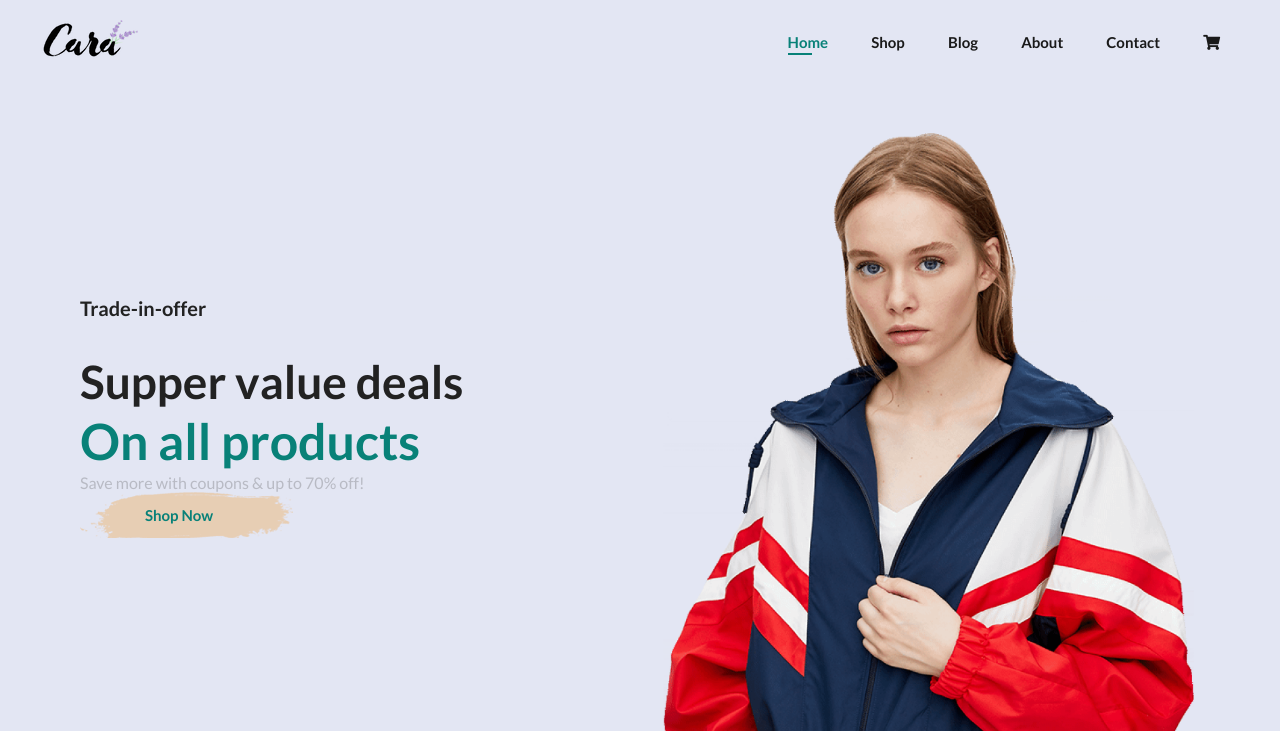
Repository: Nguyenductuan-dev/Website-Clothes
Page: index.html
The author's editor kept a copy of each file at every save. The page is drawn from the files as they stood at one save, then again after the next save.
The browser window is 1280 px wide. The pictures show the whole page.

Above is the page before, as saved 2022-04-24 15:57:41.

After the next save:
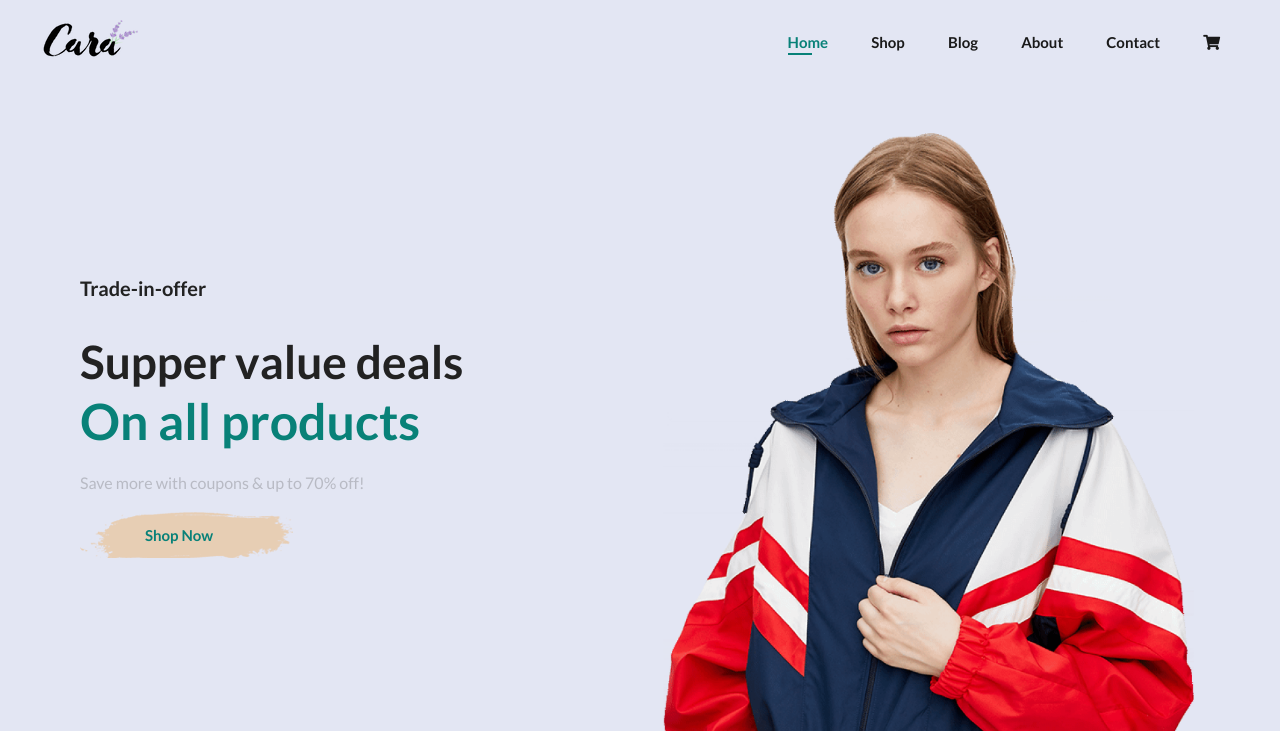
Saved 29 s later.
--- a/assets/css/style.css
+++ b/assets/css/style.css
@@ -100,6 +100,9 @@ body {
 .banner__container h1 {
     color: #088178;
 }
+.banner__container p {
+    padding: 20px 0;
+}
 .banner__container .banner__btn {
     background-image: url('../images/button.png');
     background-color: transparent;
